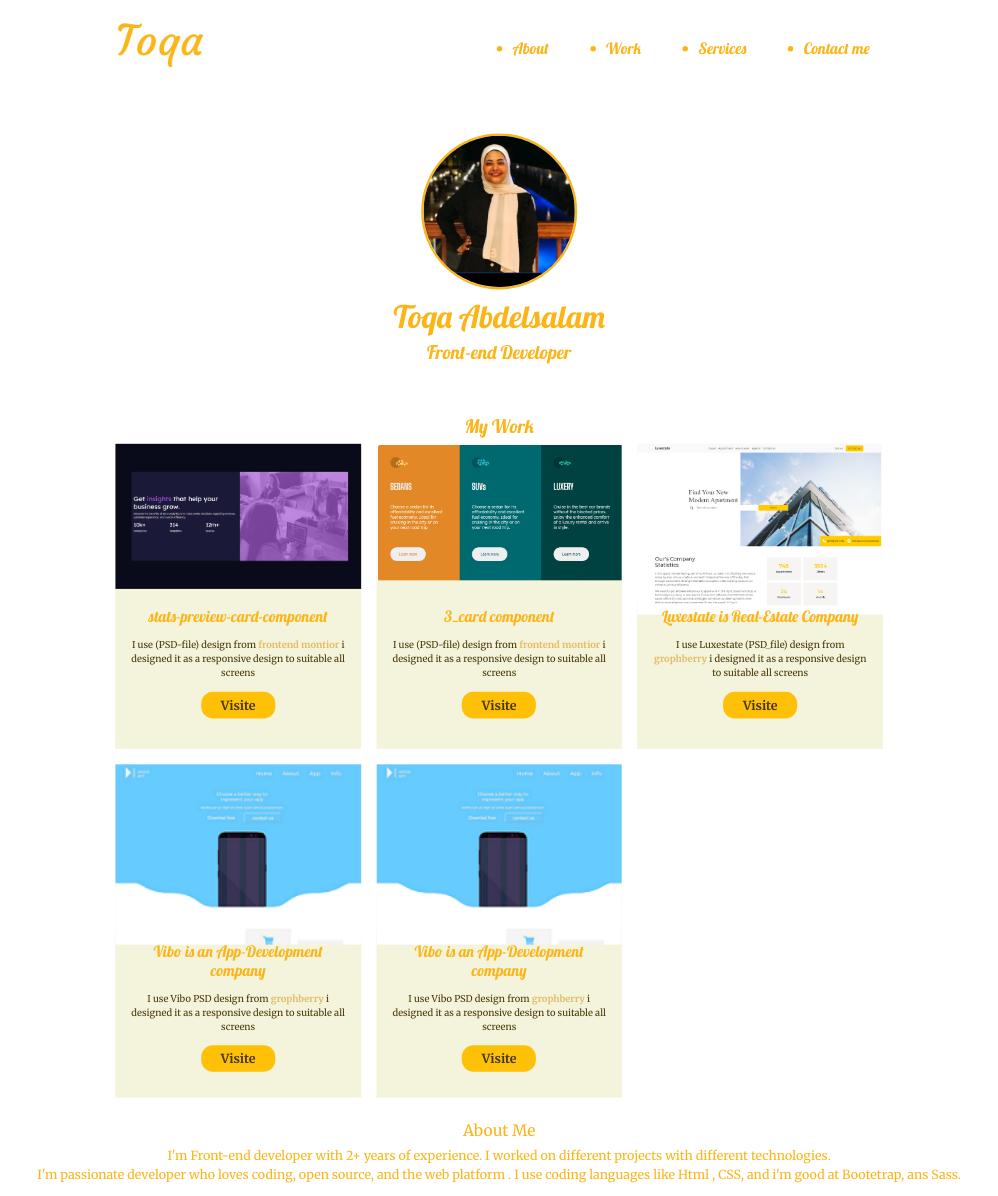
Repository: Toqa-25/portfolio
Page: index.html
The author's editor kept a copy of each file at every save. The page is drawn from the files as they stood at one save, then again after the next save.
The browser window is 1280 px wide. The pictures show the whole page, at 78% of full size.
Some web fonts or font styles are not loaded; a fallback is used.

Above is the page before, as saved 2021-11-01 00:56:33.

### index.html
<!DOCTYPE html>
<html lang="en">
<head>
    <meta charset="UTF-8">
    <meta http-equiv="X-UA-Compatible" content="IE=edge">
    <meta name="viewport" content="width=device-width, initial-scale=1.0">
    <title>Toqa Portfolio</title>
      <!-- bootstrap file -->
      <link rel="stylesheet" href="css/all.min.css">
      <link rel="stylesheet" href="css/bootstrap.css">
      <!-- css file -->
      <link rel="stylesheet" href="css/style.css">
      <!-- fonts -->
      <link rel="preconnect" href="https://fonts.googleapis.com">
<link rel="preconnect" href="https://fonts.gstatic.com" crossorigin>
<link href="https://fonts.googleapis.com/css2?family=Lobster&family=Otomanopee+One&display=swap" rel="stylesheet">
<link rel="preconnect" href="https://fonts.googleapis.com">
<link rel="preconnect" href="https://fonts.gstatic.com" crossorigin>
<link href="https://fonts.googleapis.com/css2?family=Merriweather:ital,wght@0,300;0,400;0,700;0,900;1,300;1,400;1,700;1,900&display=swap" rel="stylesheet">
<link rel="preconnect" href="https://fonts.googleapis.com">
<link rel="preconnect" href="https://fonts.gstatic.com" crossorigin>
<link href="https://fonts.googleapis.com/css2?family=Bebas+Neue&family=Oswald:wght@200;300;400;500;600;700&display=swap" rel="stylesheet">
<link rel="preconnect" href="https://fonts.googleapis.com">
<link rel="preconnect" href="https://fonts.gstatic.com" crossorigin>
<link href="https://fonts.googleapis.com/css2?family=Montserrat:wght@100;200;300;400;500;600;700;800;900&family=PT+Sans:ital,wght@0,400;0,700;1,700&family=Roboto:wght@100;300;400;500;700;900&display=swap" rel="stylesheet">
</head>
<body>
        <!-- header section -->
    <header class="pad">
       <div class="container">
         <div class="header-content">
           <div class="header-logo">
             <img src="images/logo.png" alt="logo">
           </div>
           <div class="bar">
             <svg xmlns="http://www.w3.org/2000/svg" width="35" height="35" fill="#fbb519" class="bi bi-list" viewBox="0 0 16 16">
               <path fill-rule="evenodd" d="M2.5 12a.5.5 0 0 1 .5-.5h10a.5.5 0 0 1 0 1H3a.5.5 0 0 1-.5-.5zm0-4a.5.5 0 0 1 .5-.5h10a.5.5 0 0 1 0 1H3a.5.5 0 0 1-.5-.5zm0-4a.5.5 0 0 1 .5-.5h10a.5.5 0 0 1 0 1H3a.5.5 0 0 1-.5-.5z"/>
             </svg>
              <ul class="hidden-list unlist list">
              <li>About</li>
              <li>Work</li>
              <li>Services</li>
              <li>Contact me</li>
              <li>Reviews</li>
            </ul>
           </div>
           <div class="header-nav">
             <ul class="list unlist">
                 <li>About</li>
                 <li>Work</li>
                 <li>Services</li>
                 <li>Contact me</li>
                 <!-- <li>Reviews</li> -->
             </ul>

           </div>
         </div>
         </div>
        </header><!-- end header section -->
        <!-- information  section -->
    <section  class="inform pad">
      <div class="main-inform " role="main">
        <div class="inform-info">
        <img src="images/toqa.jpg" alt=""><br>
        <h1>Toqa Abdelsalam</h1>
        <h4>Front-end Developer</h4>
      </div>
      </div>
    </section> <!-- end information  section -->

      <!-- my-work  section -->
      <section class="pad work">
        <div class="container">
          <h4 class="work-head">My Work</h4>
          <div class="work-content">
      <div class="work-card" role="menu">
        <div class="card-img">
          <img src="images/my-work/preview-card/desktop_stats-preview-card-component-main_.png" alt="">
        </div>
        <div class="card-info">
          <h5 class="card-title">stats-preview-card-component </h5>
          <p class="card-info-text"> I use  (PSD-file) design from <span> <a href="https://www.frontendmentor.io/">frontend montior</a></span>
        i designed it as a responsive design to suitable all screens
         </p>
      <button class="card-button"><a href="https://toqa-25.github.io/stats-preview-card-component-main/">Visite</a></button>
        </div>
 </div>
      <div class="work-card" role="menu">
        <div class="card-img">
          <img src="images/my-work/3-card-component/desktop_3-cards-component_.png" alt="">
        </div>
        <div class="card-info">
          <h5 class="card-title">3_card component </h5>
          <p class="card-info-text"> I use  (PSD-file) design from <span> <a href="https://www.frontendmentor.io/">frontend montior</a></span>
        i designed it as a responsive design to suitable all screens
         </p>
      <button class="card-button"><a href="https://toqa-25.github.io/stats-preview-card-component-main/">Visite</a></button>
        </div>
 </div>
      <div class="work-card" role="menu">
        <div class="card-img">
          <img src="images/my-work/luxestate/destop-luxestate - Copy (1).png" alt="">
        </div>
        <div class="card-info">
          <h5 class="card-title">Luxestate is Real-Estate Company  </h5>
          <p class="card-info-text">I use Luxestate (PSD_file) design from <span> <a href="https://www.graphberry.com/">grophberry</a></span>
    i designed it as a responsive design to suitable all screens
         </p>
      <button class="card-button"><a href="https://toqa-25.github.io/stats-preview-card-component-main/">Visite</a></button>
        </div>
 </div>
      <div class="work-card" role="menu">
        <div class="card-img">
          <img src="images/my-work/vibo/Vibo_App(desktop)_toqa-25.github.io2.png" alt="">
        </div>
        <div class="card-info">
          <h5 class="card-title">Vibo is an App-Development company</h5>
          <p class="card-info-text">I use Vibo PSD design from <span> <a href="https://www.graphberry.com/">grophberry</a></span>
                  i designed it as a responsive design to suitable all screens
         </p>
      <button class="card-button"><a href="https://toqa-25.github.io/stats-preview-card-component-main/">Visite</a></button>
        </div>
 </div>
      <div class="work-card" role="menu">
        <div class="card-img">
          <img src="images/my-work/vibo/Vibo_App(desktop)_toqa-25.github.io2.png" alt="">
        </div>
        <div class="card-info">
          <h5 class="card-title">Vibo is an App-Development company</h5>
          <p class="card-info-text">I use Vibo PSD design from <span> <a href="https://www.graphberry.com/">grophberry</a></span>
                  i designed it as a responsive design to suitable all screens
         </p>
      <button class="card-button"><a href="https://toqa-25.github.io/stats-preview-card-component-main/">Visite</a></button>
        </div>
 </div>
      <!--

      <div class="project card" role="menu">
          <img src="images/web_design.png" alt="">
          <p>Doop is an advertising-agency .
        I use Doop (PSD_file) design from <span> <a href="https://www.graphberry.com/">grophberry</a></span>
    i designed it as a responsive design to suitable all screens <br>
    <button><a href="https://toqa-25.github.io/simply-agency/">Visit </a></button>
   </p>
   </div>
      <div class="project card" role="menu">
        <img src="images/Vibo_App(desktop)_toqa-25.github.io2.png" alt="">
          <p>Vibo is an App-Development company
        I use Vibo PSD design from <span> <a href="https://www.graphberry.com/">grophberry</a></span>
    i designed it as a responsive design to suitable all screens <br>
    <button><a href="https://toqa-25.github.io/vibo-app/">Visite</a></button>
   </p>
   </div>
   <div class="project card" role="menu">
    <img src="images/toqa-25.github.io_landing-meeting-page_desktop.png" alt="">
    <p>Metting landing page
  I use  design from <span> <a href="https://www.frontendmentor.io/">grophberry</a></span>
i designed it as a responsive design to suitable all screens <br>
<button><a href="https://toqa-25.github.io/landing-meeting-page/">Visite</a></button>
</p>
</div> -->
   </div>
   </div>
      </section>

      <section class="section about">

          <h5>About Me</h5>
      <p> I'm Front-end developer with 2+ years of experience. I worked on different projects with different technologies. <br>
       I'm passionate developer who loves coding, open source, and the web platform .
       I use coding languages like Html , CSS, and i'm good at Bootetrap, ans Sass. </p>
      </section>

</body>
</html>

### css/style.css
/*
    public style
***********************
*/
:root{
    --main-color:#fbb519;
    --section-padding:30px;
}
* {
    box-sizing: border-box;
    margin: 0;
    padding: 0;
}
body{
    font-family: 'Merriweather', serif;
    color:var(--main-color);
}
.pad{
    padding: var(--section-padding) 0;
}
.container
{
  width: 80%;
  margin:auto;
  padding: 0 20px;
}
 /* .pad h5{
    text-align: center;
    font-family: 'Lobster';
    /* margin-bottom: 15px; */
 } */
 .unlist{
     list-style: none;
 }
 a{
     text-decoration: none;
 }
/*
    header style
***********************
*/
 header{
    font-family: 'Lobster', cursive;
 }
 .header-content{
    display: flex;
}
.header-logo{
    width:50%;
}
.bar{
    position: relative;
    display: none;
    margin: auto 20px;
     transition: .2s;
     cursor: pointer;
     width: 50%;
    /* text-align: right; */
    justify-content: flex-end;
}
 .header-nav{
   min-width: 50%;
    display: flex;
    justify-content: flex-end;
 }
 .header-nav .list{
     width: 100%;
     display: flex;
     justify-content: space-between;
     align-items: center;
     padding: 17px;
 }
  .list li{
     font-size: 20px;
     transition: .2s;
     -webkit-transition: .2s;
     -moz-transition: .2s;
     -ms-transition: .2s;
     -o-transition: .2s;
     cursor: pointer;
     margin-bottom: 2px;
    }
     .list li:hover{
        border-bottom: 2px solid var(--main-color);
    }
    .hidden-list{
         text-align: center;
         position: absolute;
         width: 120px;
         top: 3px;
         right: -70px;
         background-color: #f5f5dc91;
         padding: 10px;
         border-radius: 25px;
         -webkit-border-radius: 25px;
         -moz-border-radius: 25px;
         -ms-border-radius: 25px;
         -o-border-radius: 25px;
         transition: .2s;
         -webkit-transition: .2s;
         -moz-transition: .2s;
         -ms-transition: .2s;
         -o-transition: .2s;
         visibility: hidden;
         display: none;
}
/* media quary for header*/
 @media (max-width: 991px){
   .header-nav {
      display: none;
  }
  .bar{
      display: flex;
  }
  .bar:hover .hidden-list{
    visibility: visible;
    display: block;
  }
}
/*
    my-information&image style
  ********************************
 */
 .main-inform{
     color: var(--main-color);
    text-align: center;
    height: 300px;
    display: flex;
    align-items: center;
    justify-content: center;
    font-family: 'Lobster', cursive;
}
.main-inform img{
    width: 200px;
    height: 200px;
    border:3px solid;
    border-radius: 50%;
    -webkit-border-radius: 50%;
     -moz-border-radius: 50%;
     -ms-border-radius: 50%;
     -o-border-radius: 50%;
     margin-bottom: 10px;
    }
/*
    my-work style
********************************
*/
.work{
text-align: center;
}
 .work-content{
    display: grid;
    grid-template-columns:repeat(3,1fr);
    grid-template-rows: minmax(1fr,350px);
    gap:20px;
 }
 .work .work-head{
    text-align: center;
    font-family: 'Lobster';
 }
 .work-card{
 background-color: #f5f5dce8;
 }
 .card-img{
     width:100%;
     height:50%;
     background-color: #f5f5dce8;
 }
 .card-img img{
     width:100%;
     max-height: ;
     transition: .2s;
     -webkit-transition: .2s;
     -moz-transition: .2s;
     -ms-transition: .2s;
     -o-transition: .2s;
}

 .card-img img:hover{
   transform: scale(1.1);
   -webkit-transform: scale(1.1);
   -moz-transform: scale(1.1);
   -ms-transform: scale(1.1);
   -o-transform: scale(1.1);
}
 .card-info{
     text-align: center;
     width: 100%;
     height: 50%;
    background-color: #f5f5dce8;
    padding: 15px;
 }
 .card-title{
         font-family: 'Lobster', cursive;
 }

.card-info-text{
    margin:15px 0;
    font-size: 12px;
    font-weight: 400;
    /* padding: 2px; */
    text-align: center;
    color:#483705;
}
.card-info-text a{
    text-decoration: none;
    color: #e2bc66;
    font-weight: bolder;
}
/* .card p{
  margin:15px 0 ;
} */

.card-button{
    width: 95px;
    text-align: center;
    background-color: #ffc107;
     color:#483705;
    border: none;
    border-radius: 15px;
    padding: 5px;
    /*margin-top: 7px; */
    transition: .2s;
    -webkit-transition: .2s;
    -moz-transition: .2s;
    -ms-transition: .2s;
    -o-transition: .2s;
    font-weight: bold;
}
.card-button:hover{
     transform: scale(1.1);
     -webkit-transform: scale(1.1);
      -moz-transform: scale(1.1);
      -ms-transform: scale(1.1);
       -o-transform: scale(1.1);
}
.card-button a{
    text-decoration: none;
    color: #483705;
}

.about{
    text-align: center;

}

/*
media quary style
***************************************
//extra small devices @media (maxwidth:575px)
//small devices @media (maxwidth:767px)
//medium devices @media (maxwidth:991px)
//large devices @media (maxwidth:1199px)
*/
/* .card {
    width: 100%;
    height: 100%;
    position: relative;
    display: flex;
    flex-direction: column;
    min-width: 0;
    word-wrap: break-word;
    background-color: black;
    background-clip: border-box;
    border: 4px solid var(--main-color);
    border-radius: 0.3rem;
}

.card img{
    max-width:100%;
    max-height: 150px;
    border-bottom: 3px solid;
} */

Loaded but not shown: css/all.min.css (library); css/bootstrap.css (library)

After the next save:
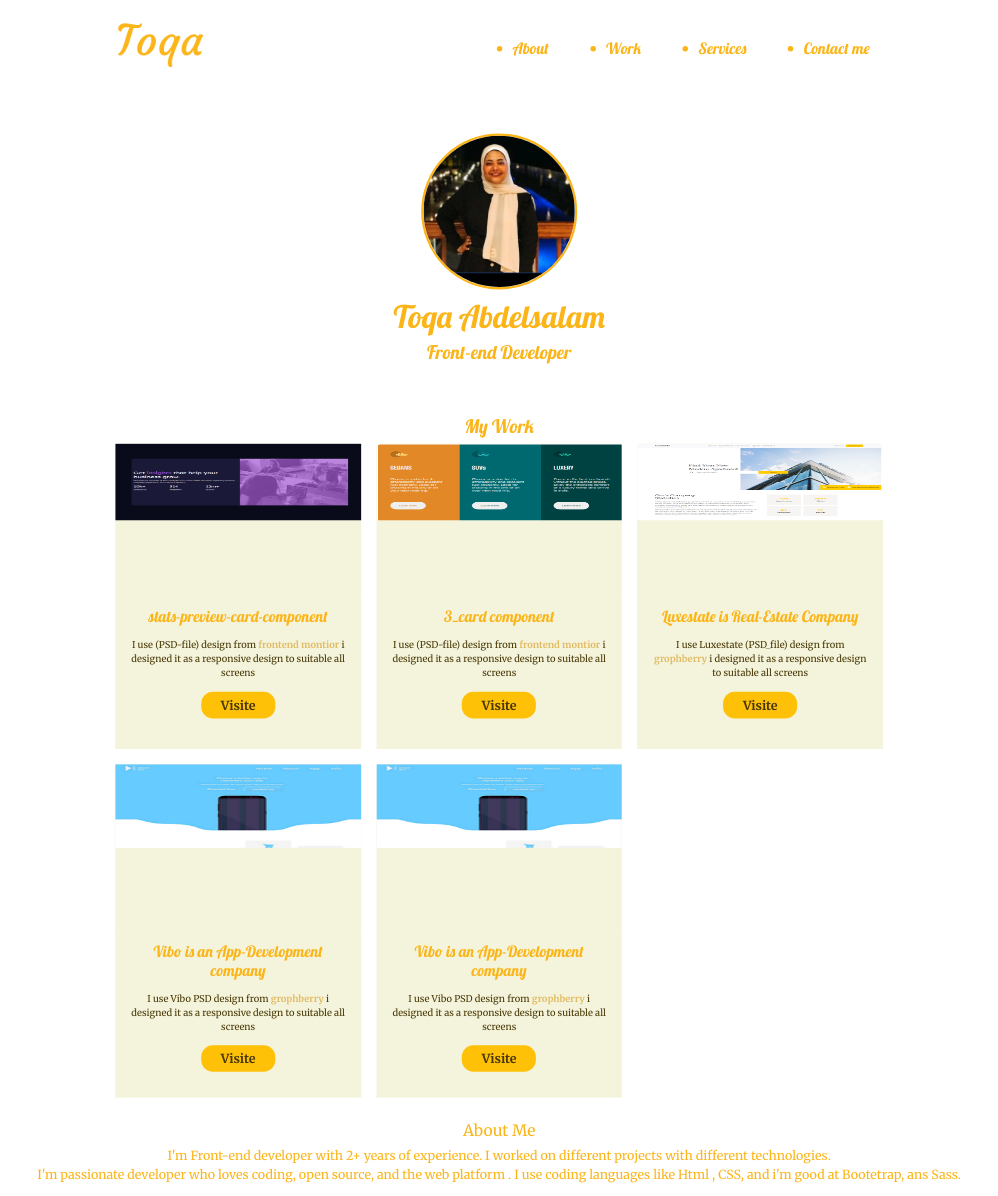
Saved 8 s later.
--- a/css/style.css
+++ b/css/style.css
@@ -168,7 +168,7 @@ text-align: center;
  }
  .card-img img{
      width:100%;
-     max-height: ;
+     max-height: 50%;
      transition: .2s;
      -webkit-transition: .2s;
      -moz-transition: .2s;
